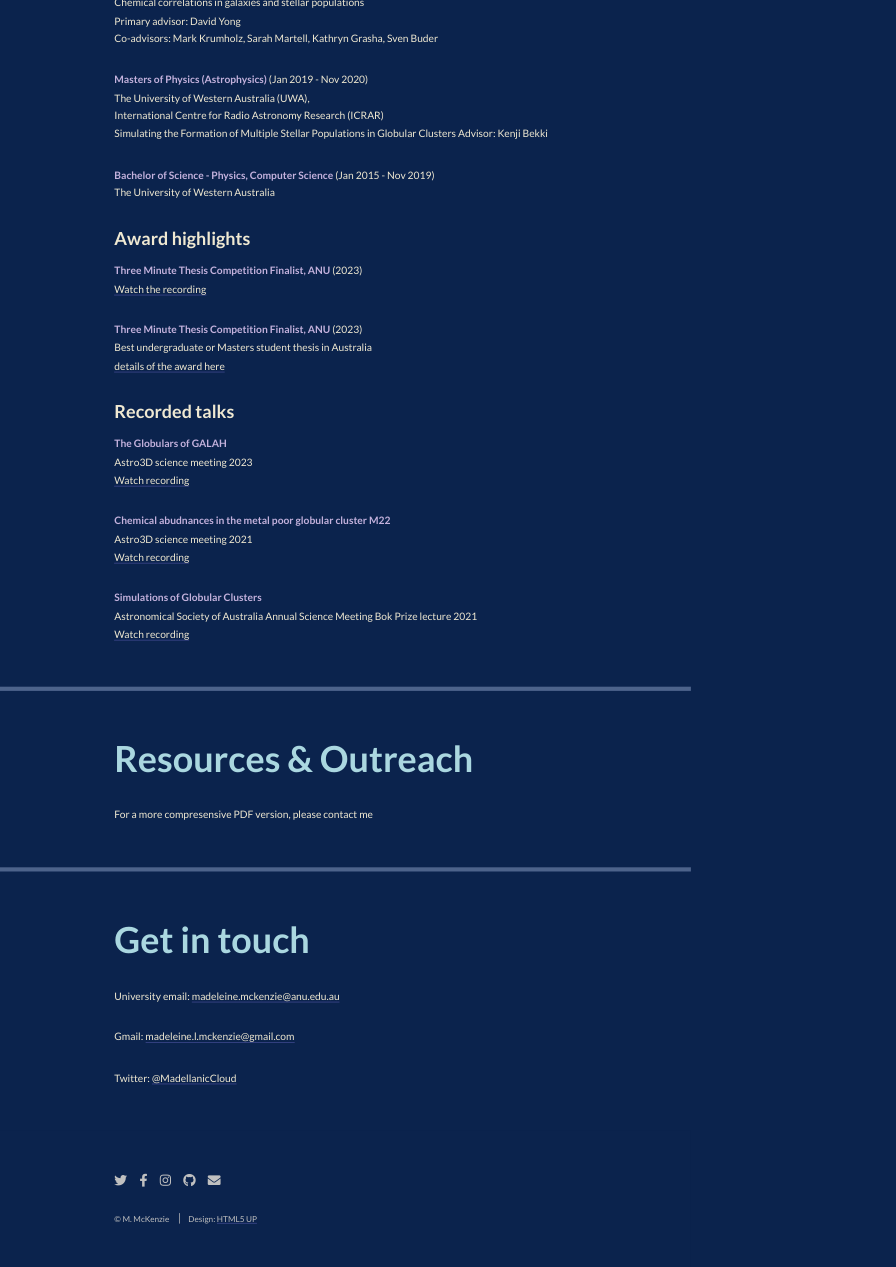
Repository: madeleine-mckenzie/madeleine-mckenzie.github.io
Page: index.html
An editor plug-in stored every save of this project. The page is shown before and after the next save, followed by the edit.
The browser window is 1280 px wide. The pictures show the part of the page from y = 2210 to 4130 px (the page is 4020 px tall before and 4130 px after), at 70% of full size.
Backgrounds fixed to the window are drawn as part of the page.

Above is the page before, as saved 2023-11-12 16:42:22.

After the next save:
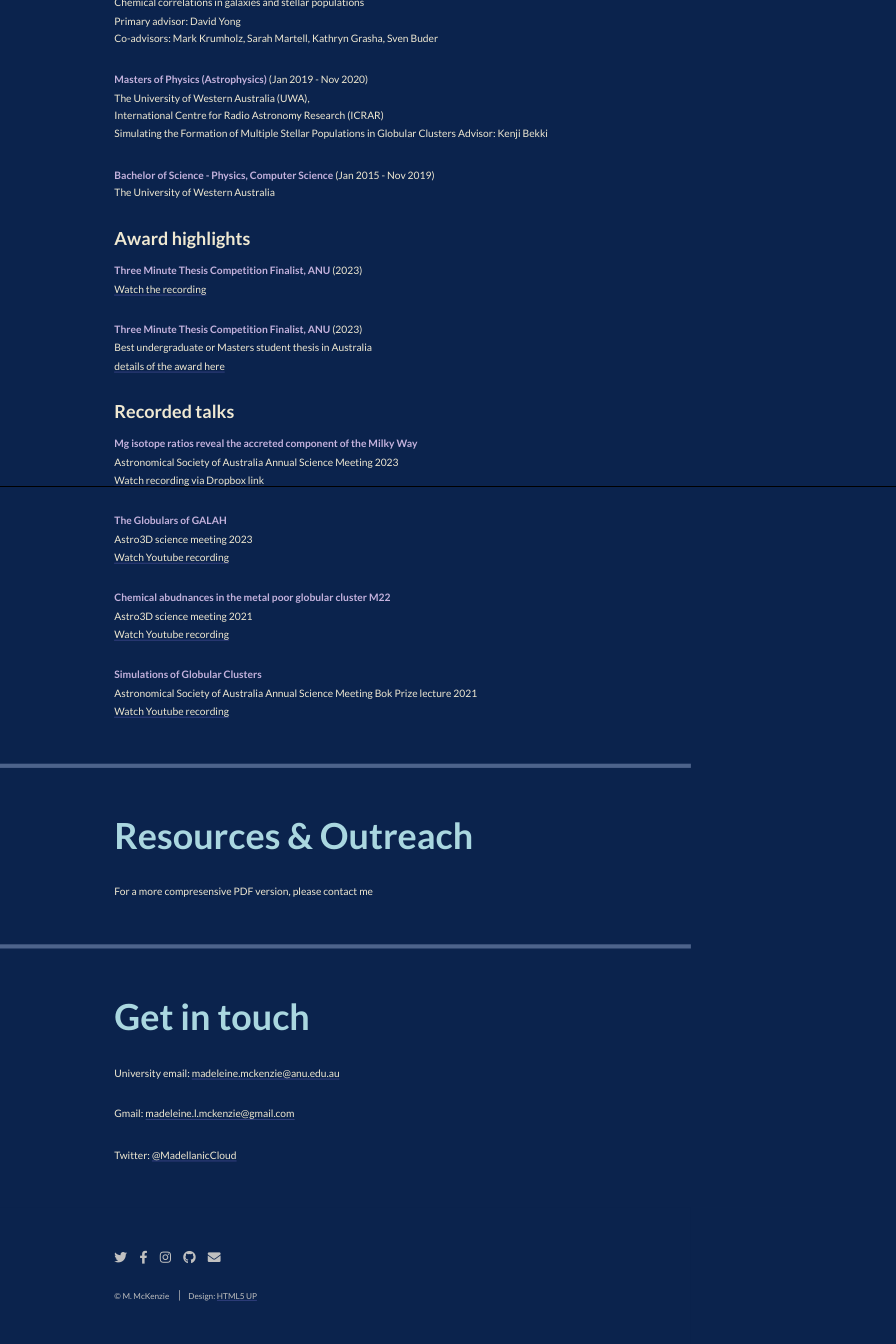
Saved 2 min 17 s later.
--- a/index.html
+++ b/index.html
@@ -130,19 +130,25 @@
                             </p>
 
                         <h3>Recorded talks</h3>
+
+                        <p><b>Mg isotope ratios reveal the accreted component of the Milky Way </b> <br />
+                            Astronomical Society of Australia Annual Science Meeting 2023 <br />
+                            <a href="https://www.dropbox.com/scl/fo/u4ltsiigp58la88ctc9fa/h/DAY%204/MASON%20THEATRE/Day%204_Session%2013A.3_Madeleine%20McKenzie.mov?rlkey=amzaq17vsae1m4esvlgar2m0k&dl=0 ">Watch recording via Dropbox link</a>
+                            </p>
+
                         <p><b>The Globulars of GALAH </b> <br />
                             Astro3D science meeting 2023 <br />
-                            <a href="https://www.youtube.com/watch?v=rzf3bCFw7u4&ab_channel=ASTRO3D">Watch recording</a>
+                            <a href="https://www.youtube.com/watch?v=rzf3bCFw7u4&ab_channel=ASTRO3D">Watch Youtube recording</a>
                             </p>
 
                         <p><b>Chemical abudnances in the metal poor globular cluster M22 </b> <br />
                             Astro3D science meeting 2021 <br />
-                            <a href="https://www.youtube.com/watch?v=3hCc7SoufvI&ab_channel=ASTRO3D">Watch recording</a>
+                            <a href="https://www.youtube.com/watch?v=3hCc7SoufvI&ab_channel=ASTRO3D">Watch Youtube recording</a>
                             </p>
 
                             <p><b>Simulations of Globular Clusters </b> <br />
                                 Astronomical Society of Australia Annual Science Meeting Bok Prize lecture 2021 <br />
-                                <a href="https://www.youtube.com/watch?v=-FdlgHLuMKA&t=148s&ab_channel=AstronomicalSocietyofAustralia">Watch recording</a>
+                                <a href="https://www.youtube.com/watch?v=-FdlgHLuMKA&t=148s&ab_channel=AstronomicalSocietyofAustralia">Watch Youtube recording</a>
                                 </p>
 
                     </div>
